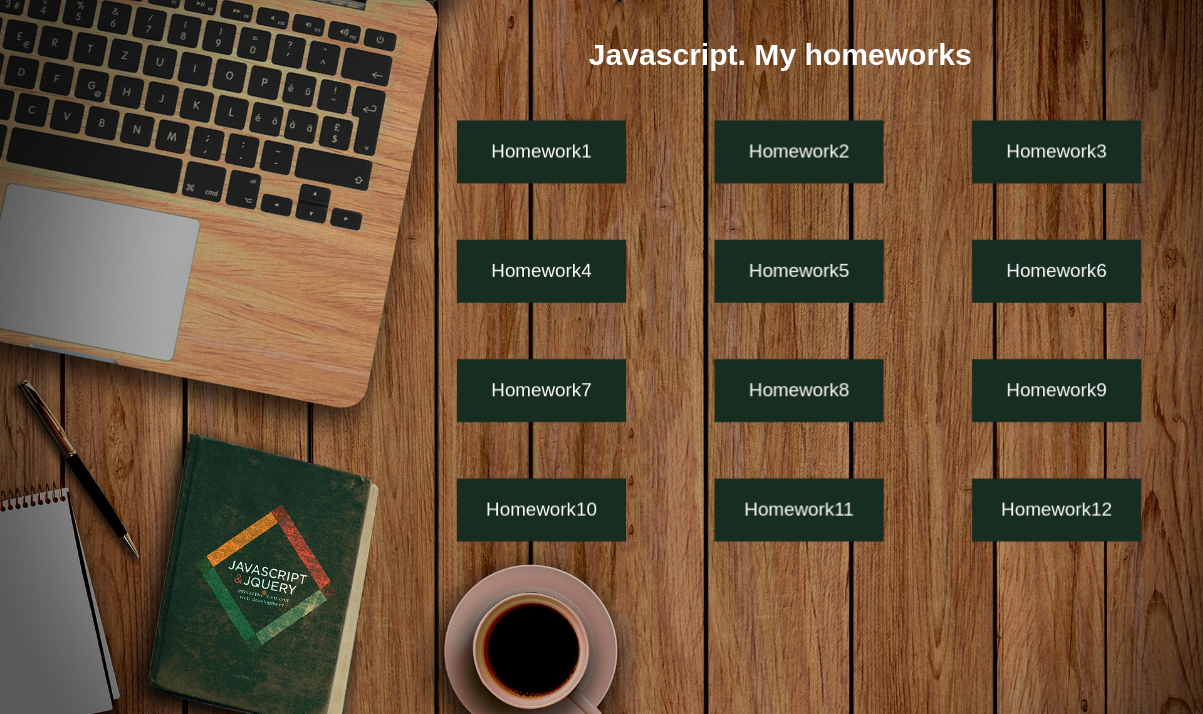
Repository: mariiastetsko/cursor-js-hw
Page: index.html
An editor plug-in stored every save of this project. The page is shown before and after the next save, followed by the edit.
The browser window is 1280 px wide. The pictures show the whole page, at 94% of full size.

Above is the page before, as saved 2020-07-22 20:52:31.

After the next save:
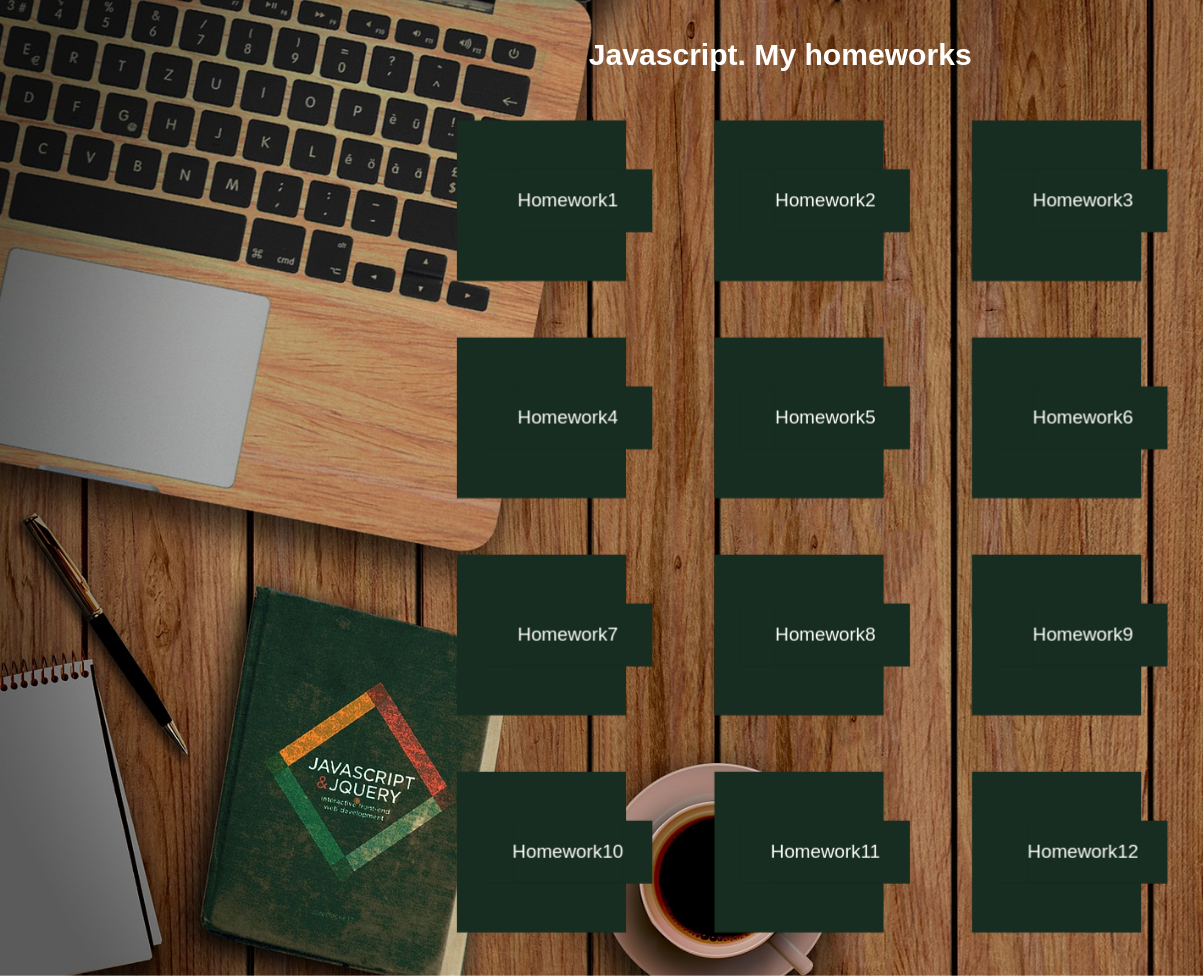
Saved 10 s later.
--- a/style.css
+++ b/style.css
@@ -39,7 +39,17 @@ li, a {
 }
 
 .hw {
-
+    width: 180px;
+    padding: 22px 0;
+    margin: 30px 28px;
+    color: #FFF;
+    font-size: 20px;
+    background: #172D21;
+    box-shadow: 3px 60px 58px -29px rgba(0,0,0,0.73);
+    transform: perspective(1px) translateZ(0);
+    box-shadow: 0 0 1px rgba(0, 0, 0, 0);
+    transition-duration: 0.3s;
+    transition-property: box-shadow, transform;
 }
 
   li:hover, li:focus, li:active, a:hover, a:focus, a:active {

After the save that followed:
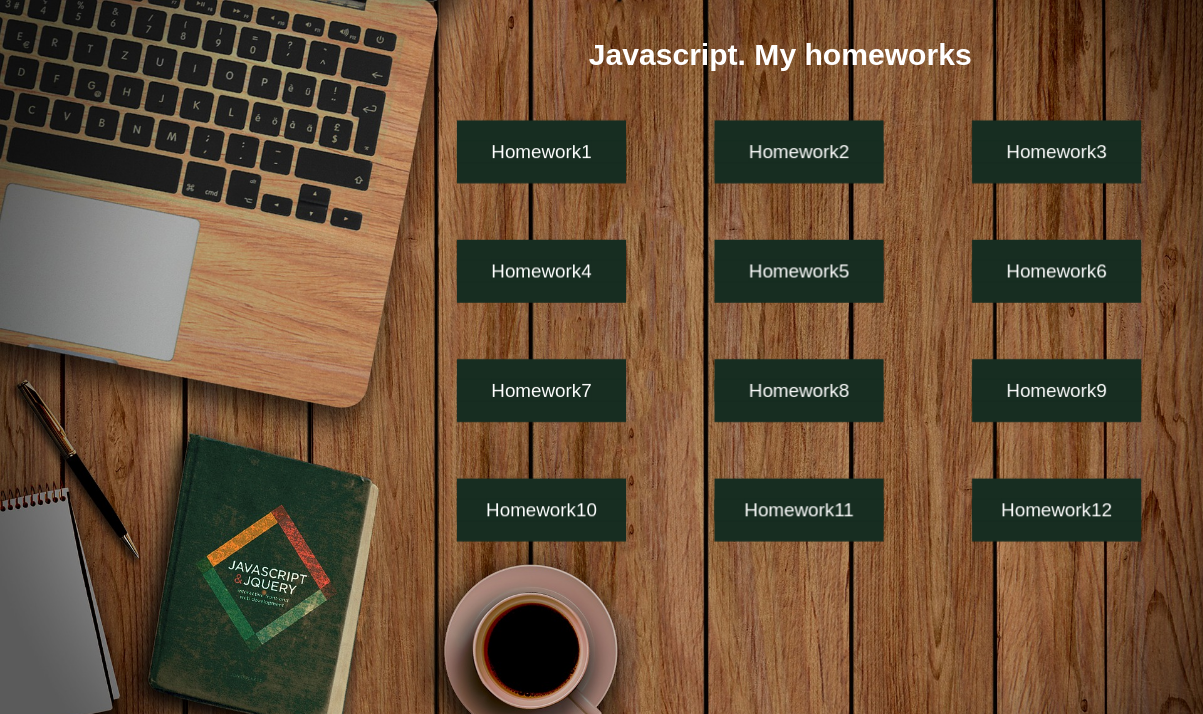
Saved 4 s later.
--- a/style.css
+++ b/style.css
@@ -25,9 +25,7 @@ ul {
 
 li, a {
     text-decoration: none;
-    width: 180px;
-    padding: 22px 0;
-    margin: 30px 28px;
+
     color: #FFF;
     font-size: 20px;
     background: #172D21;
